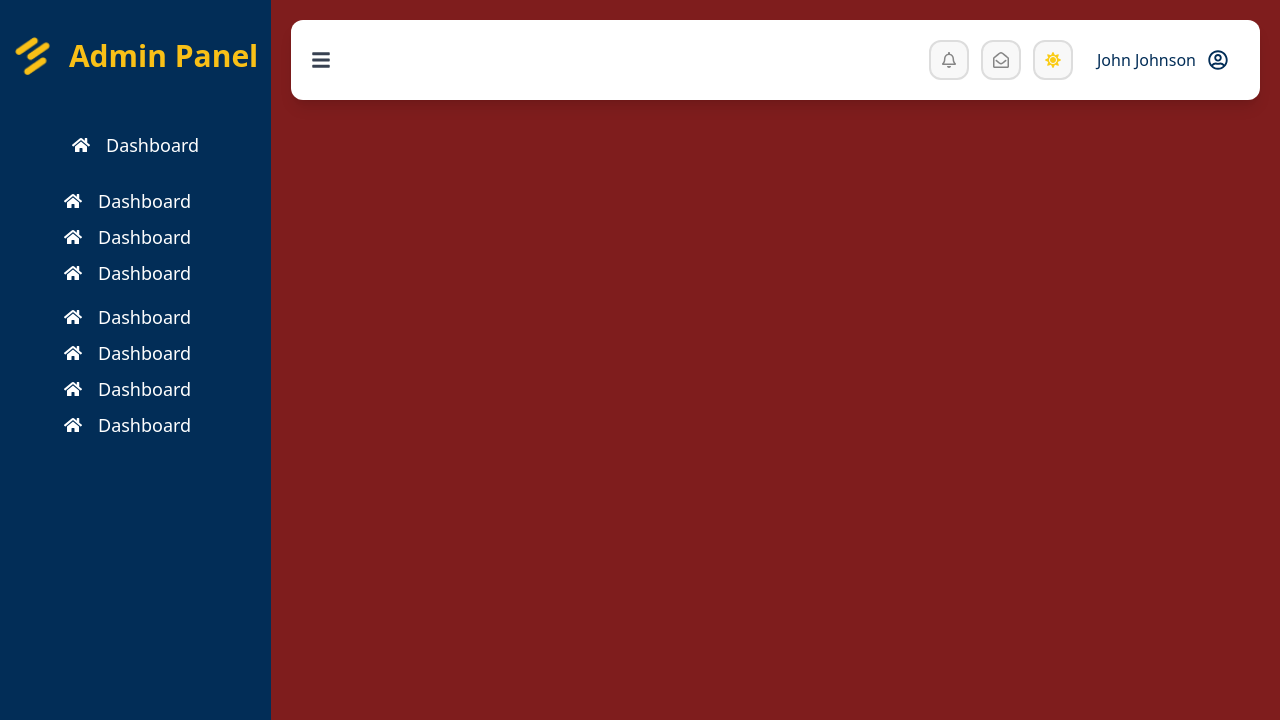
Repository: farrelmuhammad/redesign-bo
Page: /
The author's editor kept a copy of each file at every save. The page is drawn from the files as they stood at one save, then again after the next save.
The browser window is 1280 px wide. The pictures show the whole page.
The project was rebuilt for these pictures with package versions that can differ from the ones it lists, and the page was loaded fresh each time. Also part of the build but not shown: src/App.css.

Above is the page before, as saved 2024-03-02 19:53:48.

### src/App.tsx
import React from 'react';
import logo from './logo.svg';
import './App.css';
import Navbar from './components/Navbar';
import Sidebar from './components/Sidebar';

function App() {
  return (
    <section className='bg-red-900 h-screen w-screen flex font-poppins text-white'>
      <Sidebar />
      <Navbar />
    </section>
  );
}

export default App;

### src/components/Navbar.tsx
import React from 'react'
import { FaBars, FaMoon, FaRegBell, FaRegEnvelopeOpen, FaRegUserCircle, FaSun } from "react-icons/fa";

const Navbar = () => {
    return (
        <nav className='bg-white h-20 w-full flex flex-row justify-between items-center px-5 m-5 rounded-xl shadow-lg'>
            <div className="flex flex-1 justify-start items-center">
                <button className='text-xl text-gray-700 hover:text-black'>
                    <FaBars />
                </button>
            </div>
            <div className="flex flex-1 flex-row gap-3 justify-end items-end">
                <button className='flex justify-center items-center h-10 w-10 text-[#868686] bg-[#F8F8F8] rounded-xl border-[2px] border-[#DDDDDD] hover:border-gray-500 hover:text-gray-500'>
                    <FaRegBell />
                </button>
                <button className='flex justify-center items-center h-10 w-10 text-[#868686] bg-[#F8F8F8] rounded-xl border-[2px] border-[#DDDDDD] hover:border-gray-500 hover:text-gray-500'>
                    <FaRegEnvelopeOpen />
                </button>
                <button className='flex justify-center items-center h-10 w-10 rounded-xl border-[2px] border-[#DDDDDD] bg-[#F8F8F8] text-yellow-400 hover:border-gray-500 hover:text-yellow-500'>
                    <FaSun />
                    {/* <FaMoon /> */}
                </button>
                <button className='flex flex-row justify-center items-center py-2 px-3 gap-3 text-[#022D57] hover:text-[#1e183a]'>
                    John Johnson <FaRegUserCircle className='text-xl' />
                </button>
            </div>
        </nav>
    )
}

export default Navbar

### src/components/Sidebar.tsx
import React from 'react'
import Logo from '../assets/images/Logo.png'
import { FaHome } from 'react-icons/fa'

const Sidebar = () => {
    return (
        <aside className='flex flex-col h-full w-1/4 justify-start items-center bg-[#022D57] py-5'>
            <div className="flex flex-row h-20 justify-start gap-4 items-center">
                <img className="h-10 w-10" src={Logo} alt="" />
                <h1 className='font-bold text-3xl text-[#F9C017]'>Admin Panel</h1>
            </div>
            <div className="flex flex-col h-full w-full justify-start gap-4 items-start py-5 px-16">
                <ul className='flex flex-col gap-2 w-full font-medium text-lg'>
                    <li className='w-full'>
                        <button className='flex flex-row justify-start w-full items-center gap-4 py-5 px-2 hover:rounded-xl hover:bg-[#3996DC] hover:bg-opacity-[20%] hover:'>
                        <FaHome /> Dashboard
                        </button>
                    </li>
                    <li className='flex flex-row justify-start items-center gap-4'>
                        <FaHome /> Dashboard
                    </li>
                    <li className='flex flex-row justify-start items-center gap-4'>
                        <FaHome /> Dashboard
                    </li>
                    <li className='flex flex-row justify-start items-center gap-4'>
                        <FaHome /> Dashboard
                    </li>
                </ul>
                <ul className='flex flex-col gap-2 font-medium text-lg'>
                    <li className='flex flex-row justify-start items-center gap-4'>
                        <FaHome /> Dashboard
                    </li>
                    <li className='flex flex-row justify-start items-center gap-4'>
                        <FaHome /> Dashboard
                    </li>
                    <li className='flex flex-row justify-start items-center gap-4'>
                        <FaHome /> Dashboard
                    </li>
                    <li className='flex flex-row justify-start items-center gap-4'>
                        <FaHome /> Dashboard
                    </li>
                </ul>
            </div>
        </aside>
    )
}

export default Sidebar

Loaded but not shown: public/index.html (common file); src/index.tsx (common file); src/index.css (common file); src/reportWebVitals.ts (common file); tailwind.config.js (common file)

After the next save:
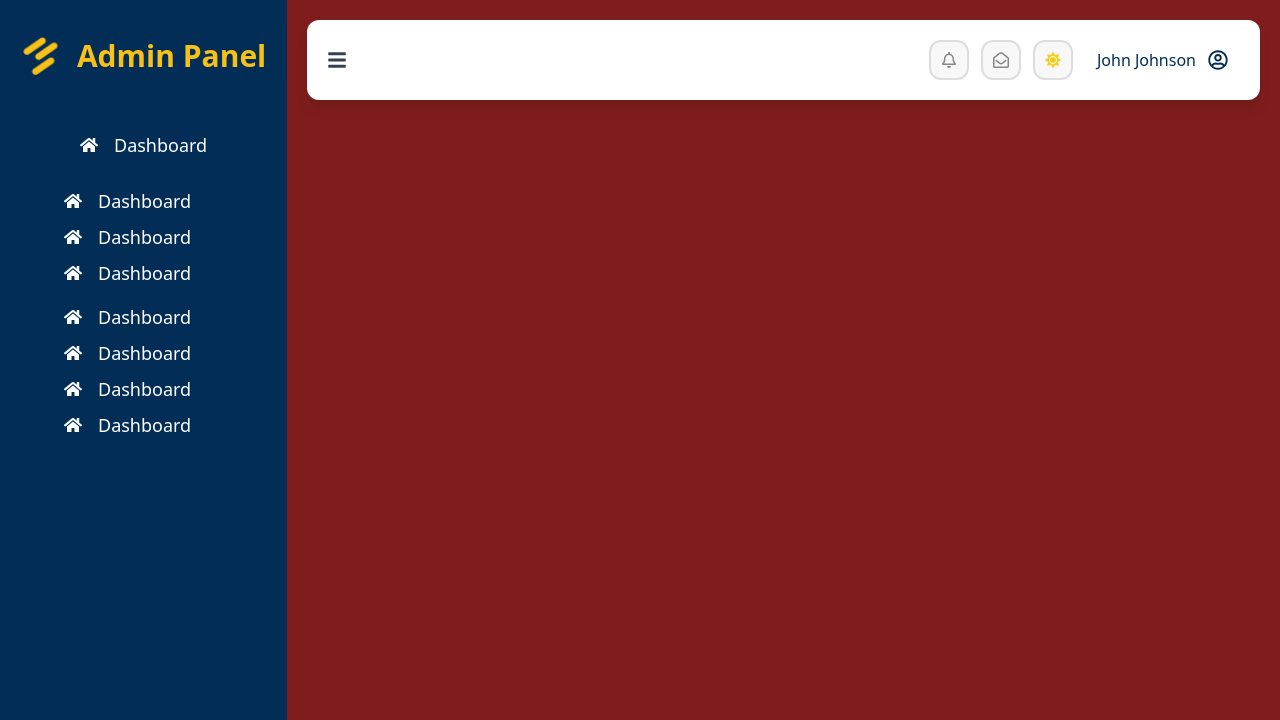
Saved 24 s later.
--- a/src/components/Sidebar.tsx
+++ b/src/components/Sidebar.tsx
@@ -12,7 +12,7 @@ const Sidebar = () => {
             <div className="flex flex-col h-full w-full justify-start gap-4 items-start py-5 px-16">
                 <ul className='flex flex-col gap-2 w-full font-medium text-lg'>
                     <li className='w-full'>
-                        <button className='flex flex-row justify-start w-full items-center gap-4 py-5 px-2 hover:rounded-xl hover:bg-[#3996DC] hover:bg-opacity-[20%] hover:'>
+                        <button className='flex flex-row justify-start w-full items-center gap-4 py-5 px-4 hover:rounded-xl hover:bg-[#3996DC] hover:bg-opacity-[20%] hover:'>
                         <FaHome /> Dashboard
                         </button>
                     </li>
